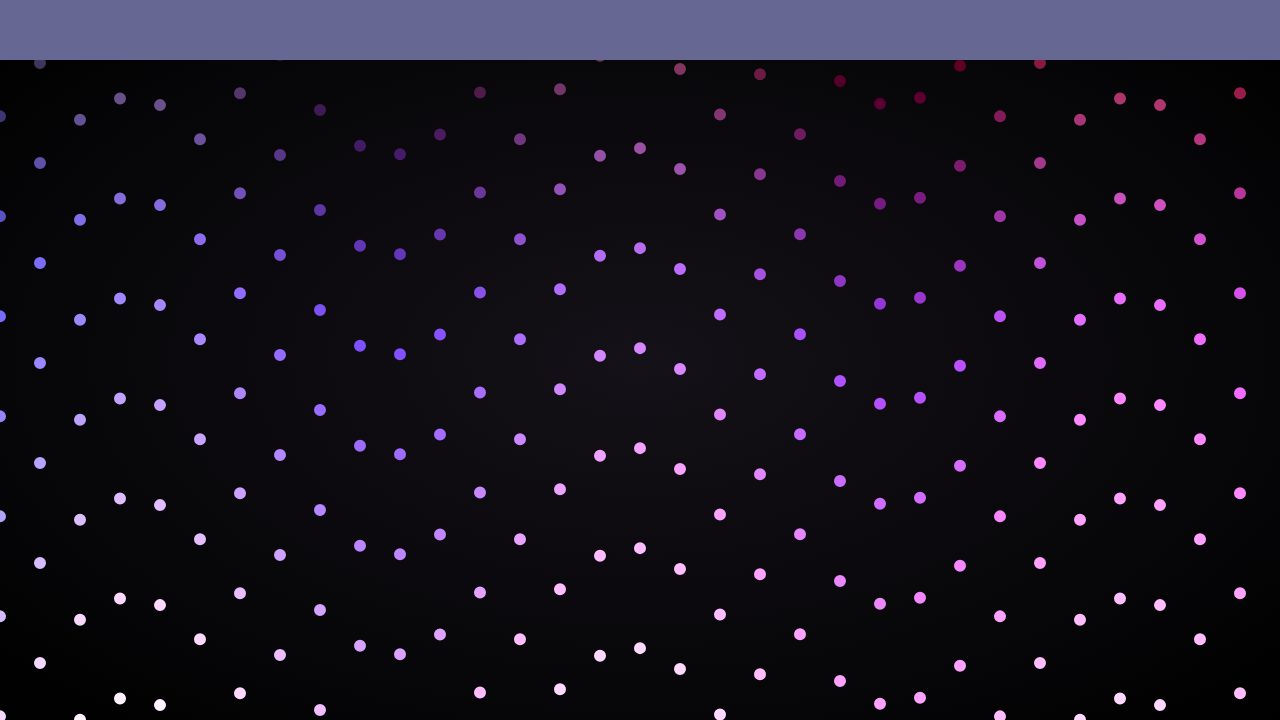
Repository: Iban-del/ProjetBacIban
Page: index.html
An editor plug-in stored every save of this project. The page is shown before and after the next save, followed by the edit.
The browser window is 1280 px wide. The pictures show the whole page.

Above is the page before, as saved 2025-02-19 19:53:35.

After the next save:
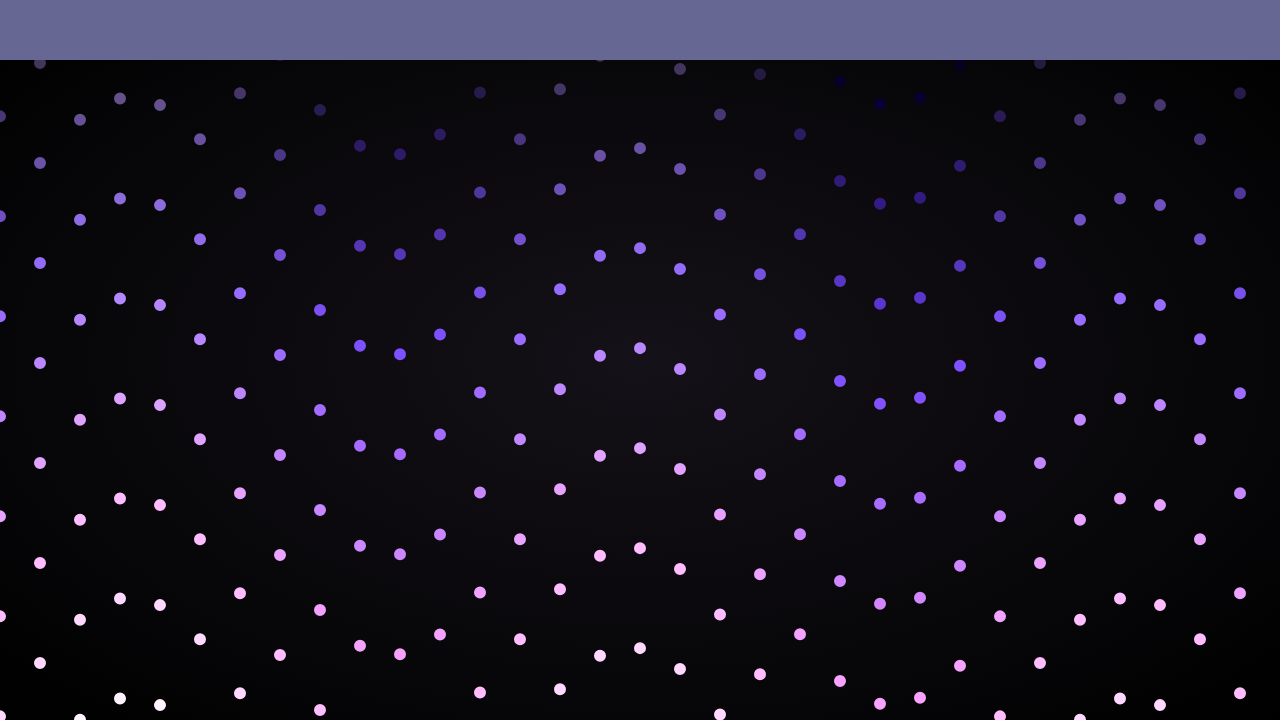
Saved 9 s later.
--- a/js/background.js
+++ b/js/background.js
@@ -76,7 +76,7 @@
                 ctx.lineTo(x,y)
                 ctx.beginPath();
                 ctx.moveTo(x,y)
-                ctx.fillStyle=`rgb(${color+(x*.1)},${color*0.9},${color+(y*.49)})`;
+                ctx.fillStyle=`rgb(${color+(y*.1)},${color*0.9},${color+(y*.49)})`;
                 ctx.arc(x,y,6,0,Math.PI*2,true)
                 ctx.fill();
 

After the save that followed:
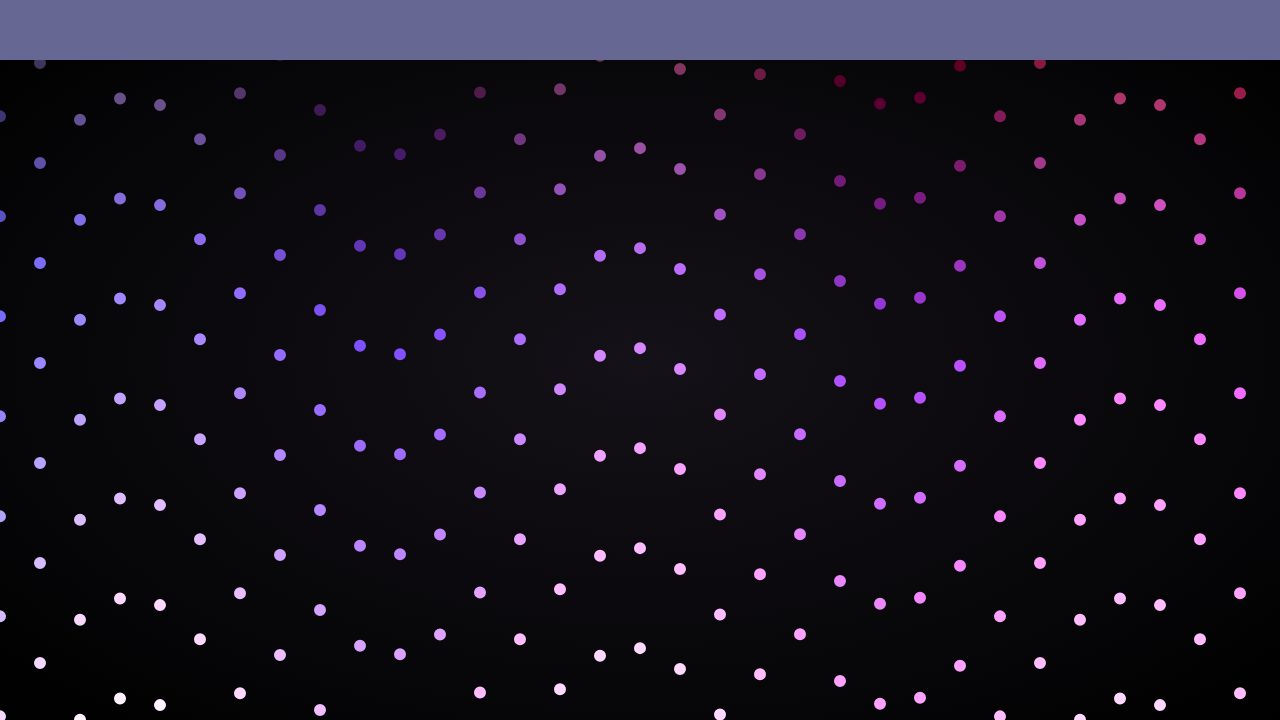
Saved 9 s later.
--- a/js/background.js
+++ b/js/background.js
@@ -76,7 +76,7 @@
                 ctx.lineTo(x,y)
                 ctx.beginPath();
                 ctx.moveTo(x,y)
-                ctx.fillStyle=`rgb(${color+(y*.1)},${color*0.9},${color+(y*.49)})`;
+                ctx.fillStyle=`rgb(${color+(x*.1)},${color*0.9},${color+(y*.49)})`;
                 ctx.arc(x,y,6,0,Math.PI*2,true)
                 ctx.fill();
 
